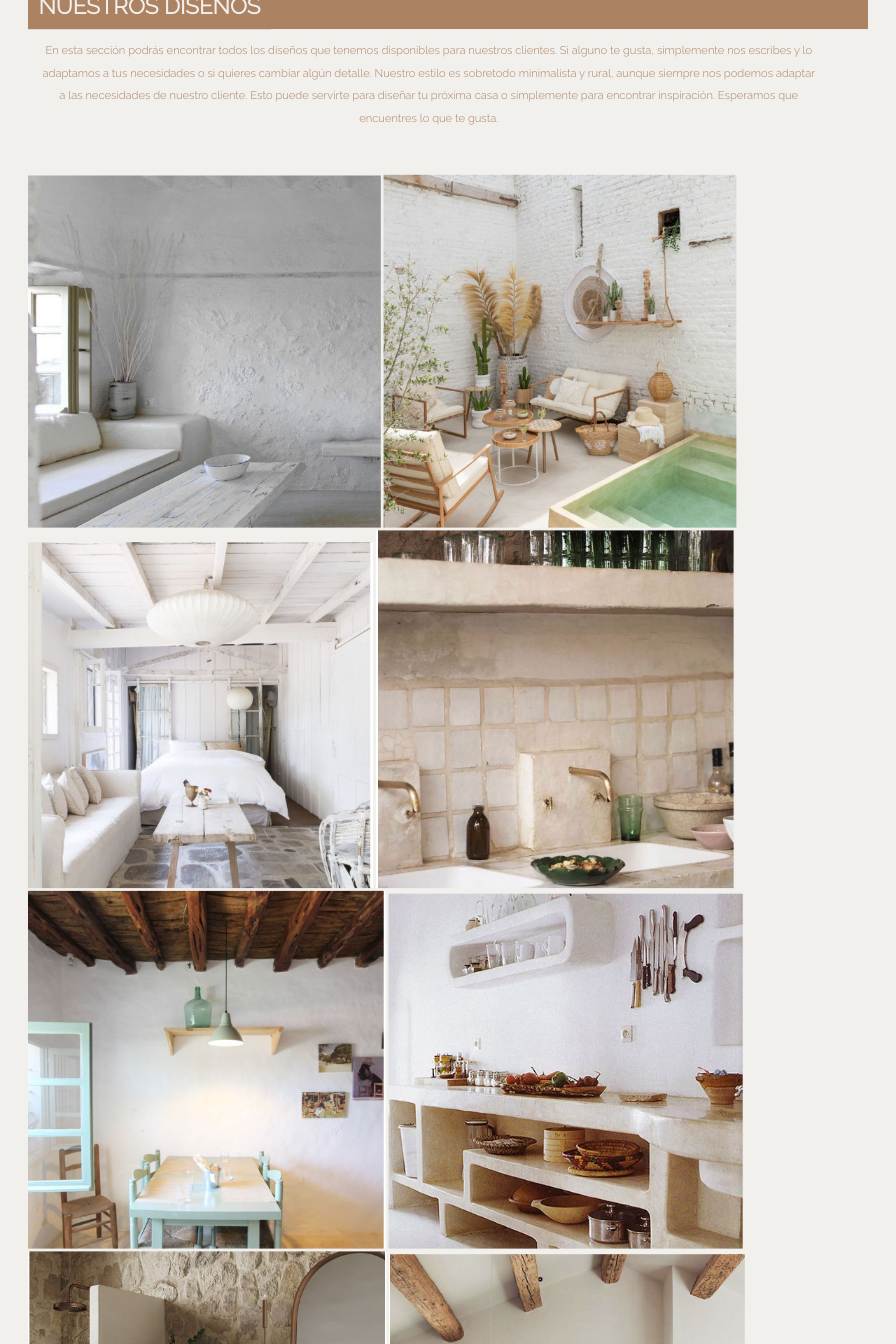
Repository: judiith-mf/dise-oInterior
Page: disenos.html
The author's editor kept a record of every edit. The page is drawn from the files as they stood at one moment, then again after the next edit.
The browser window is 1280 px wide. The pictures show the part of the page from y = 414 to 2334 px (the page is 3226 px tall before and 1579 px after), at 70% of full size.

Above is the page before.
Console error: TypeError: Cannot set properties of null (setting 'onclick')

After the next edit:
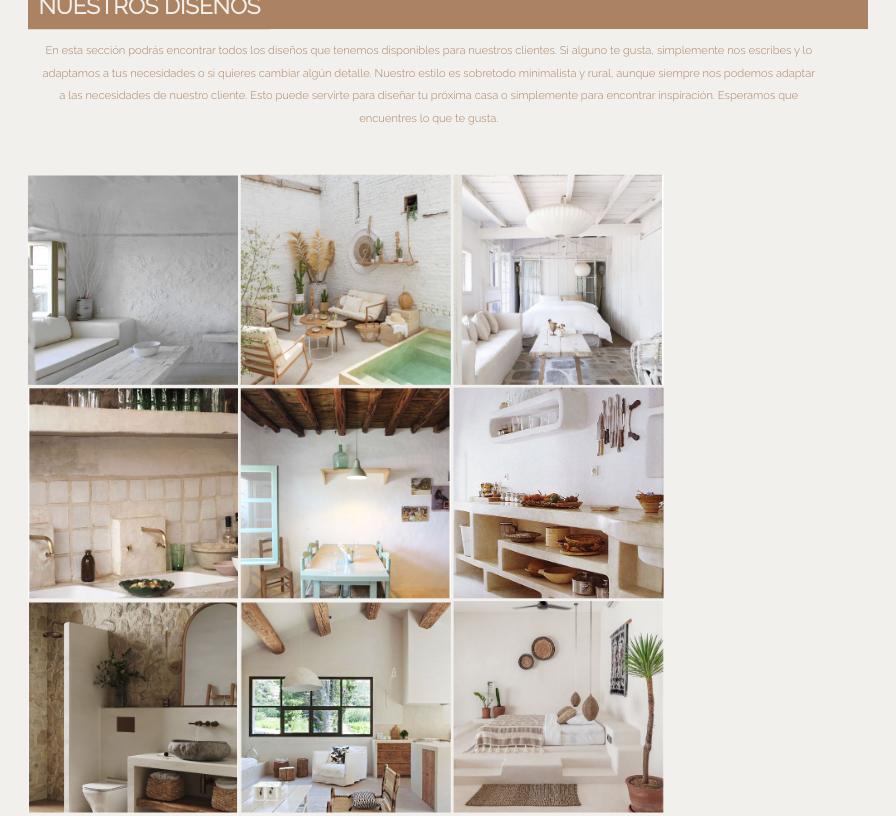
The edit:
--- a/css/estilos.css
+++ b/css/estilos.css
@@ -123,4 +123,13 @@
         #boton_blanco{
             color: #AB8262;
             background-color: #F1F0ED;
+            padding-top: 56px;
         }
+
+        /*DISEÑOS*/
+        .img_diseng{
+            max-width: 1000px;
+        }
+        .img_diseng img{
+            width: 300px;
+        }
